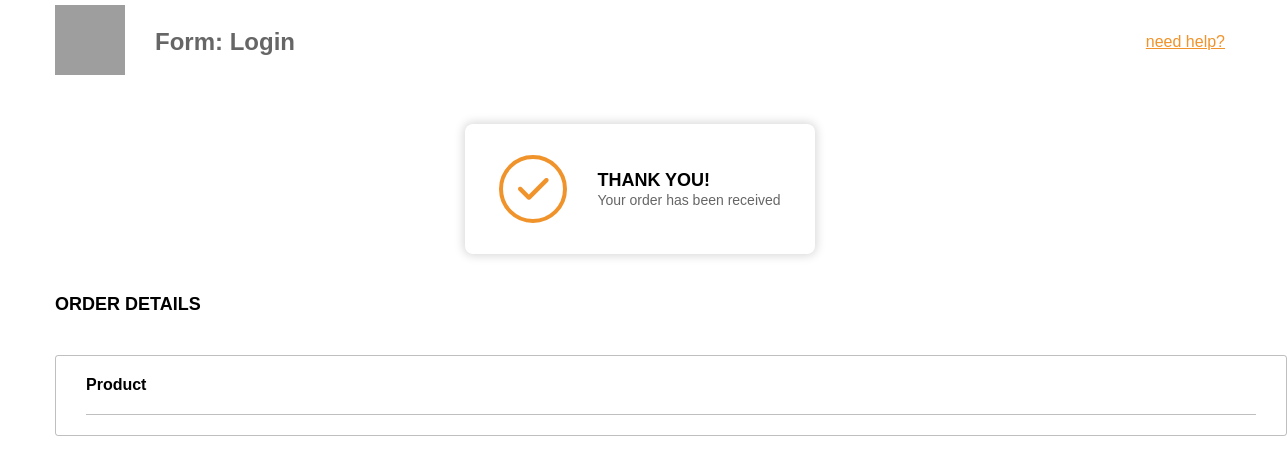
Repository: NguyenDucHung20002/project-homev1
Page: checkout/checkout.html
The author's editor kept a copy of each file at every save. The page is drawn from the files as they stood at one save, then again after the next save.
The browser window is 1280 px wide. The page is 1287 px wide, so the pictures cover 1287 px, including what lies to the right of the window. The pictures show the whole page.
Pictures or frames that could not be fetched are drawn as grey boxes. The style sheet was rebuilt from its Sass, Less or Tailwind sources for each picture, by a compiler version that may differ from the author's.

Above is the page before, as saved 2022-09-20 10:13:09.

### checkout/checkout.html
<!DOCTYPE html>
<html lang="en">

<head>
    <meta charset="UTF-8">
    <meta http-equiv="X-UA-Compatible" content="IE=edge">
    <meta name="viewport" content="width=device-width, initial-scale=1.0">
    <!-- <link rel="stylesheet" href="../reset.css"> -->
    <link rel="stylesheet" href="../fontawesome-free-6.1.2-web/css/all.min.css">
    <link rel="stylesheet" href="../dist/css/checkout.css">
    <title>Document</title>
    <link rel="icon" href="/icon/favicon.png">
</head>

<body>
    <header>
        <div class="header">
            <div class="container">
                <div class="header-right">
                    <a href="../homev1.html"><img
                            src="http://wp.0effortthemes.com/themes/veggie/wp-content/uploads/2016/06/header-v3-logo.png"
                            alt=""></a>
                    <h2 class="name-form">Form: Login</h2>
                </div>
                <div class="header-left">
                    <a href="" class="help">need help?</a>
                </div>
            </div>
        </div>
    </header>

    <div class="content">
        <div class="container">
            <div class="thank-you">
                <i class="fa-solid fa-check"></i>
                <div class="title">
                    <span><strong>THANK YOU!</strong></span><br>
                    <span>Your order has been received</span>
                </div>
            </div>
            <span class="title-order-details"><strong>ORDER DETAILS</strong></span>
            <div class="order-details">
                <span class="title-product"><strong>Product</strong></span>
            </div>
        </div>
    </div>

</body>

<script src="https://cdnjs.cloudflare.com/ajax/libs/jquery/3.6.0/jquery.min.js"
    integrity="sha512-894YE6QWD5I59HgZOGReFYm4dnWc1Qt5NtvYSaNcOP+u1T9qYdvdihz0PPSiiqn/+/3e7Jo4EaG7TubfWGUrMQ=="
    crossorigin="anonymous" referrerpolicy="no-referrer"></script>
<script src="./checkout.js"></script>

</html>

### checkout/checkout.js
// $(".btn-checkout").click((e) => {
//   e.preventDefault();
// });

### checkout/checkout.scss
* {
  font-family: "Poppins", sans-serif;
}
body {
  position: relative;
}
.container {
  margin: 0 auto;
  width: 1170px;
}
header {
  width: 100%;
  position: fixed;
  top: 0;
  left: 0;
  z-index: 10000;
  background-color: rgba(#ffffff, 0.8);
  .header {
    .container {
      display: flex;
      align-items: center;
      justify-content: space-between;
      padding: 5px;
      .header-right {
        display: flex;
        justify-content: flex-start;
        align-items: center;
        a {
          img {
            width: 70px;
            height: 70px;
          }
        }
        .name-form {
          color: #666;
          margin-left: 30px;
        }
      }
      .header-left {
        a {
          color: #f0932b;
        }
      }
    }
  }
}
.content {
  .container {
    background-color: #ffffff;
    margin-top: 84px;
    padding: 40px 0px;
    .thank-you {
      display: flex;
      align-items: center;
      justify-content: center;
      width: 350px;
      height: 130px;
      margin: 0 auto;
      border-radius: 8px;
      box-shadow: 0px 0px 10px 2px rgba(0, 0, 0, 0.15);
      i {
        color: #f0932b;
        text-align: center;
        line-height: 60px;
        width: 60px;
        height: 60px;
        border: 4px solid #f0932b;
        border-radius: 50%;
        font-size: 35px;
        font-weight: bold;
        margin-right: 30px;
      }
      .title {
        span {
          font-size: 14px;
          color: #666;
        }
        strong {
          color: black;
          font-size: 18px;
        }
      }
    }
    .title-order-details {
      display: inline-block;
      margin: 40px 0px;
      color: black;
      font-size: 18px;
    }
    .order-details {
      width: 100%;
      border-radius: 3px;
      padding: 20px 30px;
      border: 0.5px solid rgba(0, 0, 0, 0.25);
      .title-product {
        display: inline-block;
        width: 100%;
        padding-bottom: 20px;
        border-bottom: 0.5px solid rgba(0, 0, 0, 0.25);
      }
    }
  }
}

Loaded but not shown: fontawesome-free-6.1.2-web/css/all.min.css (library)

After the next save:
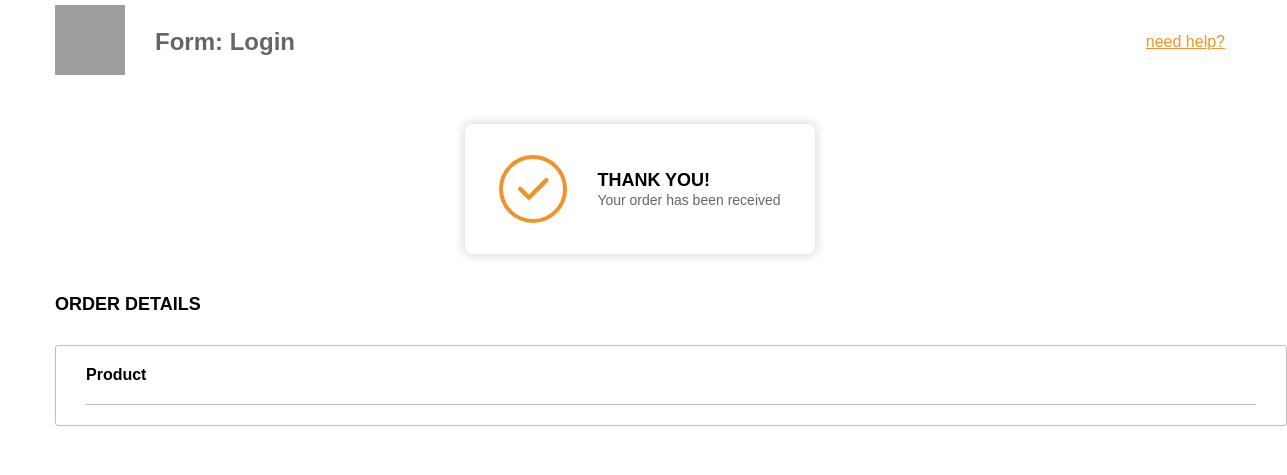
Saved 18 s later.
--- a/checkout/checkout.scss
+++ b/checkout/checkout.scss
@@ -83,7 +83,7 @@ header {
     }
     .title-order-details {
       display: inline-block;
-      margin: 40px 0px;
+      margin: 40px 0px 30px;
       color: black;
       font-size: 18px;
     }
